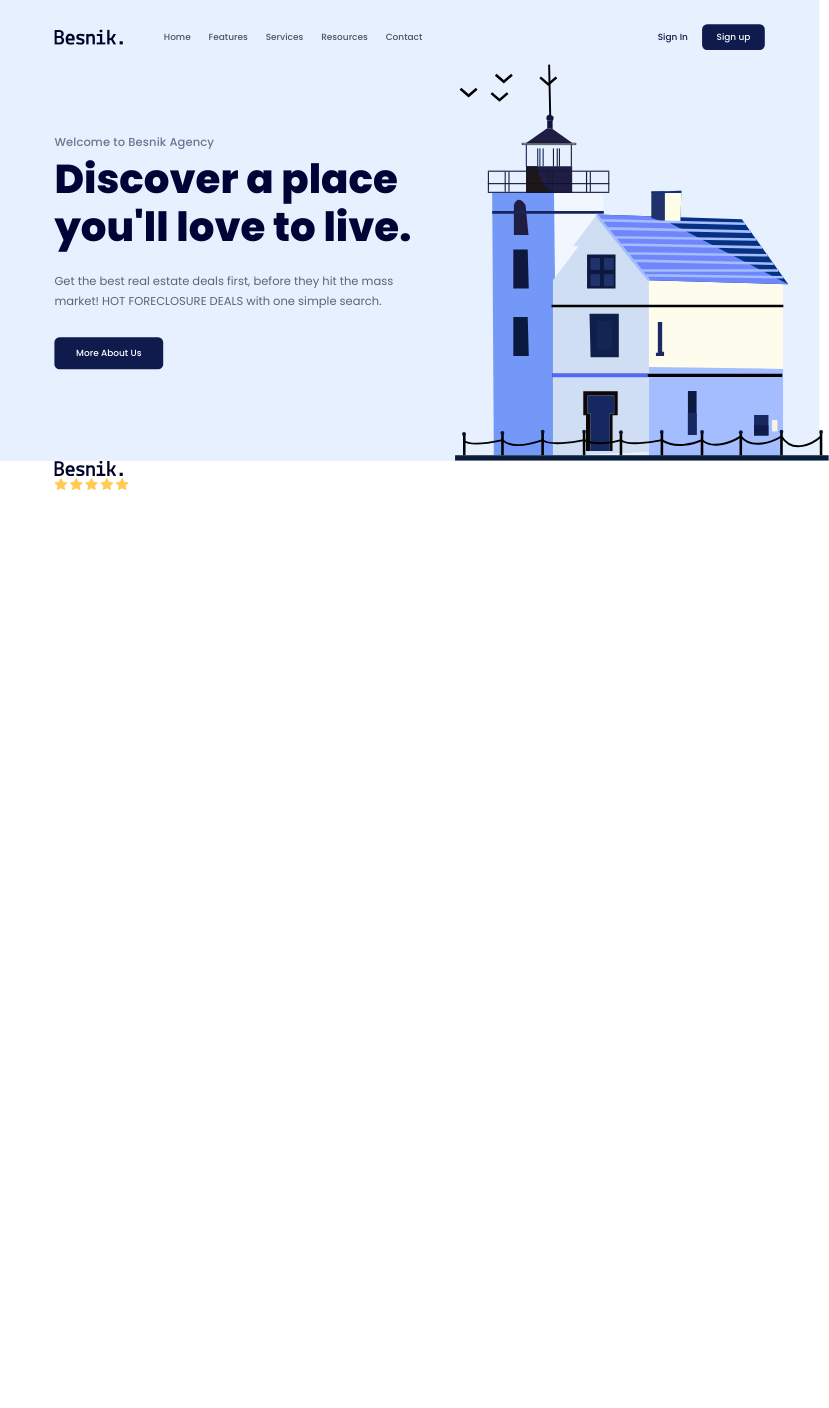
Repository: jessicapaa/F8-Project-01
Page: index.html
The author's editor kept a copy of each file at every save. The page is drawn from the files as they stood at one save, then again after the next save.
The browser window is 1280 px wide. The page is 1295 px wide, so the pictures cover 1295 px, including what lies to the right of the window. The pictures show the whole page, at 64% of full size.

Above is the page before, as saved 2024-03-08 09:12:36.

### index.html
<!DOCTYPE html>
<html lang="en">

<head>
    <meta charset="UTF-8">
    <meta name="viewport" content="width=device-width, initial-scale=1.0">
    <title>F8-Project-01</title>
    <link rel="stylesheet" href="./assets/css/reset.css">
    <link rel="stylesheet" href="./assets/fonts/stylesheet.css">
    <link rel="stylesheet" href="./assets/css/styles.css">
</head>

<body>
    <!-- main -->
    <main style="height: 2200px;">

        <!-- header -->
        <header class="header">
            <div class="content">
                <nav class="navbar">
                    <!-- logo -->
                    <img src="./assets/img/logo.svg" alt="Besnik.">

                    <!-- navigation -->
                    <ul>
                        <li><a href="#!">Home</a></li>
                        <li><a href="#!">Features</a></li>
                        <li><a href="#!">Services</a></li>
                        <li><a href="#!">Resources</a></li>
                        <li><a href="#!">Contact</a></li>
                    </ul>

                    <!-- Action -->
                    <div class="actions">
                        <a href="#!" class="action-link">Sign In</a>
                        <a href="#!" class="btn action-btn">Sign up</a>
                    </div>
                </nav>
                <div class="hero">
                    <!-- info  -->
                    <div class="info">
                        <p class="sub-title">Welcome to Besnik Agency</p>
                        <h1 class="title">
                            Discover a place you'll love to live.
                        </h1>
                        <p class="desc">Get the best real estate deals first,
                            before they hit the mass market! HOT FORECLOSURE DEALS with one simple search.</p>
                        <a href="#!" class="btn hero-btn">More About Us</a>
                    </div>

                    <!-- img  -->
                    <img src="./assets/img/hero-img.svg" class="hero-img" alt="Discover a place you'll love to live.">
                </div>
            </div>
        </header>
        <!-- Clients -->
        <div class="clients">
            <div class="content">
                <div class="row">
                    <img src="./assets/img/logo.svg" alt="Besnik.">

                    <!-- Stars -->
                    <div class="stars">
                        <img src="./assets/img/Star.svg" alt="Stars">
                    </div>
                </div>
            </div>
        </div>
    </main>
</body>

</html>

### assets/fonts/stylesheet.css
@font-face {
    font-family: "Poppins";
    src: url("Poppins/Poppins-BlackItalic.woff2") format("woff2"),
        url("Poppins/Poppins-BlackItalic.woff") format("woff");
    font-weight: 900;
    font-style: italic;
    font-display: swap;
}

@font-face {
    font-family: "Poppins";
    src: url("Poppins/Poppins-Black.woff2") format("woff2"),
        url("Poppins/Poppins-Black.woff") format("woff");
    font-weight: 900;
    font-style: normal;
    font-display: swap;
}

@font-face {
    font-family: "Poppins";
    src: url("Poppins/Poppins-BoldItalic.woff2") format("woff2"),
        url("Poppins/Poppins-BoldItalic.woff") format("woff");
    font-weight: bold;
    font-style: italic;
    font-display: swap;
}

@font-face {
    font-family: "Poppins";
    src: url("Poppins/Poppins-ExtraBold.woff2") format("woff2"),
        url("Poppins/Poppins-ExtraBold.woff") format("woff");
    font-weight: bold;
    font-style: normal;
    font-display: swap;
}

@font-face {
    font-family: "Poppins";
    src: url("Poppins/Poppins-ExtraBoldItalic.woff2") format("woff2"),
        url("Poppins/Poppins-ExtraBoldItalic.woff") format("woff");
    font-weight: bold;
    font-style: italic;
    font-display: swap;
}

@font-face {
    font-family: "Poppins";
    src: url("Poppins/Poppins-ExtraLight.woff2") format("woff2"),
        url("Poppins/Poppins-ExtraLight.woff") format("woff");
    font-weight: 200;
    font-style: normal;
    font-display: swap;
}

@font-face {
    font-family: "Poppins";
    src: url("Poppins/Poppins-ExtraLightItalic.woff2") format("woff2"),
        url("Poppins/Poppins-ExtraLightItalic.woff") format("woff");
    font-weight: 200;
    font-style: italic;
    font-display: swap;
}

@font-face {
    font-family: "Poppins";
    src: url("Poppins/Poppins-Light.woff2") format("woff2"),
        url("Poppins/Poppins-Light.woff") format("woff");
    font-weight: 300;
    font-style: normal;
    font-display: swap;
}

@font-face {
    font-family: "Poppins";
    src: url("Poppins/Poppins-Italic.woff2") format("woff2"),
        url("Poppins/Poppins-Italic.woff") format("woff");
    font-weight: normal;
    font-style: italic;
    font-display: swap;
}

@font-face {
    font-family: "Poppins";
    src: url("Poppins/Poppins-Medium.woff2") format("woff2"),
        url("Poppins/Poppins-Medium.woff") format("woff");
    font-weight: 500;
    font-style: normal;
    font-display: swap;
}

@font-face {
    font-family: "Poppins";
    src: url("Poppins/Poppins-MediumItalic.woff2") format("woff2"),
        url("Poppins/Poppins-MediumItalic.woff") format("woff");
    font-weight: 500;
    font-style: italic;
    font-display: swap;
}

@font-face {
    font-family: "Poppins";
    src: url("Poppins/Poppins-LightItalic.woff2") format("woff2"),
        url("Poppins/Poppins-LightItalic.woff") format("woff");
    font-weight: 300;
    font-style: italic;
    font-display: swap;
}

@font-face {
    font-family: "Poppins";
    src: url("Poppins/Poppins-Regular.woff2") format("woff2"),
        url("Poppins/Poppins-Regular.woff") format("woff");
    font-weight: normal;
    font-style: normal;
    font-display: swap;
}

@font-face {
    font-family: "Poppins";
    src: url("Poppins/Poppins-SemiBold.woff2") format("woff2"),
        url("Poppins/Poppins-SemiBold.woff") format("woff");
    font-weight: 600;
    font-style: normal;
    font-display: swap;
}

@font-face {
    font-family: "Poppins";
    src: url("Poppins/Poppins-SemiBoldItalic.woff2") format("woff2"),
        url("Poppins/Poppins-SemiBoldItalic.woff") format("woff");
    font-weight: 600;
    font-style: italic;
    font-display: swap;
}

@font-face {
    font-family: "Poppins";
    src: url("Poppins/Poppins-Thin.woff2") format("woff2"),
        url("Poppins/Poppins-Thin.woff") format("woff");
    font-weight: 100;
    font-style: normal;
    font-display: swap;
}

@font-face {
    font-family: "Poppins";
    src: url("Poppins/Poppins-ThinItalic.woff2") format("woff2"),
        url("Poppins/Poppins-ThinItalic.woff") format("woff");
    font-weight: 100;
    font-style: italic;
    font-display: swap;
}

### assets/css/styles.css
* {
    box-sizing: border-box;
}
html {
    font-size: 62.5%;
}
:root {
    --primary-color: #0f1b4c;
}
body {
    font-size: 1.6rem;
    /* font-family: ; */
    font-family: "Poppins";
}
/* common */
.content {
    width: 1110px;
    max-width: calc(100% - 48px);
    margin-left: auto;
    margin-right: auto;
}

a {
    text-decoration: none;
}

.btn {
    display: inline-block;
    min-width: 98px;
    background: var(--primary-color);
    border-radius: 8px;
    font-size: 1.4rem;
    font-weight: 500;
    text-align: center;
    color: #fff;
    padding: 18px 16px;
}
.btn:hover {
    opacity: 0.9;
}

/* css header */
.header {
    height: 100vh;
    background: #e6f0ff;
    position: relative;
}

.navbar {
    display: flex;
    align-items: center;
    padding-top: 38px;
}

.navbar ul {
    display: flex;
    margin-left: 50px;
}

.navbar .actions {
    margin-left: auto;
}

.navbar ul a {
    font-weight: 500;
    font-size: 1.4rem;
    color: #4f5361;
    padding: 8px 14px;
}

.navbar .action-link {
    font-weight: 500;
    font-size: 1.4rem;
    color: var(--primary-color);
}

.navbar .action-btn {
    padding: 13px 16px;
    margin-left: 18px;
}

/* css hero */

.hero {
    margin-top: 130px;
}
.hero .info {
    width: 51%;
}

.hero .sub-title {
    color: #687690;
    font-size: 1.8rem;
    font-weight: 500;
    line-height: 1.5;
    letter-spacing: 0.018rem;
}

.hero .title {
    margin-top: 8px;
    font-weight: 700;
    font-size: 6.3rem;
    line-height: 1.19; /* 118.75% */
    color: #000336;
}

.hero .desc {
    margin-top: 30px;
    color: #5a6473;
    font-size: 1.8rem;
    font-weight: 400;
    line-height: 3.2rem; /* 177.778% */
    transform: capitalize;
}
.hero-btn {
    margin-top: 40px;
    min-width: 17rem;
    text-align: center;
}
.hero-img {
    position: absolute;
    right: calc((100vw - 1110px) / 2 - 100px);
    bottom: 0;
}

/* Clients */

.clients {
    display: flex;
    align-items: center;
    justify-content: space-between;
}

Loaded but not shown: assets/css/reset.css (common file)

After the next save:
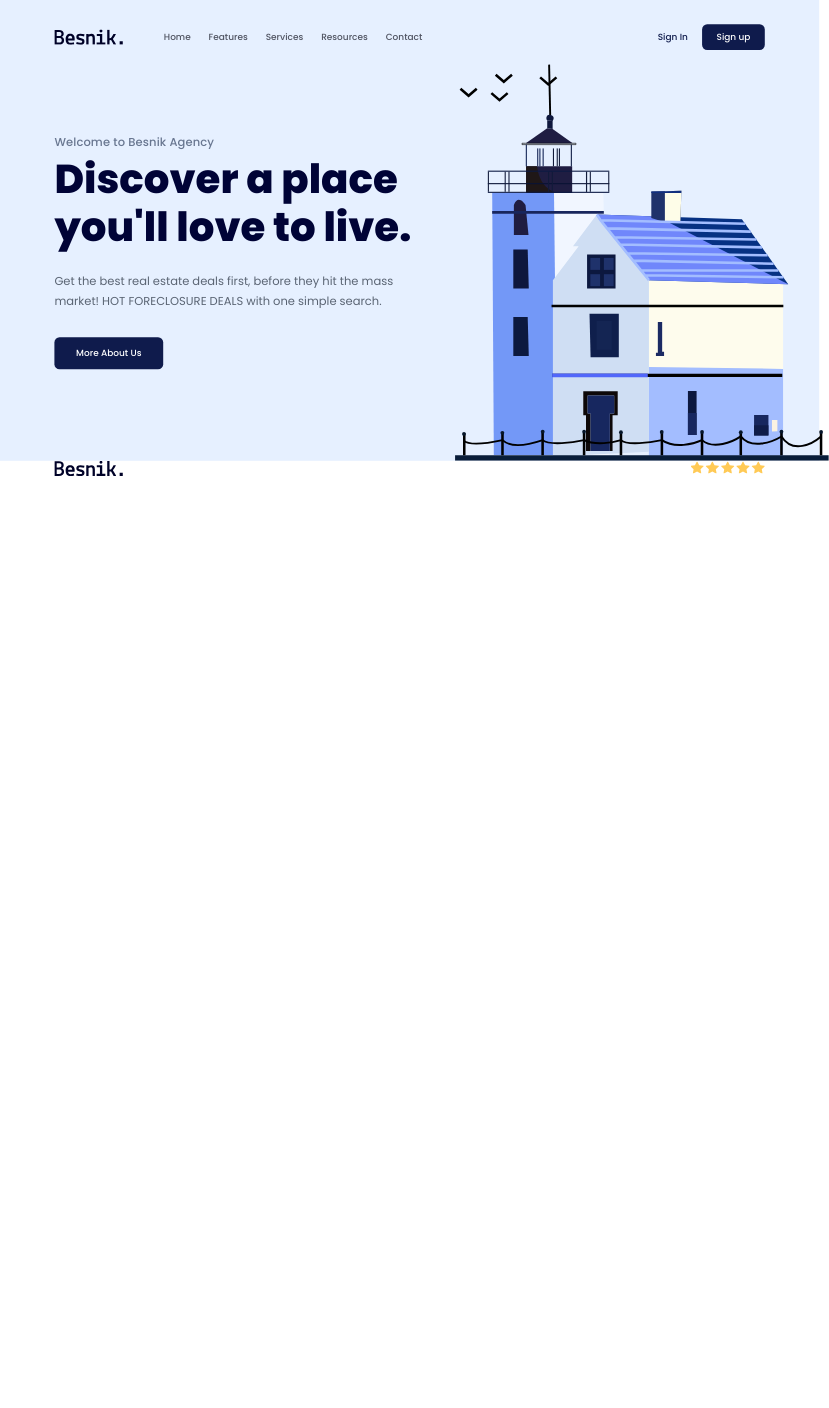
Saved 11 s later.
--- a/assets/css/styles.css
+++ b/assets/css/styles.css
@@ -125,7 +125,7 @@
 
 /* Clients */
 
-.clients {
+.clients .row {
     display: flex;
     align-items: center;
     justify-content: space-between;
